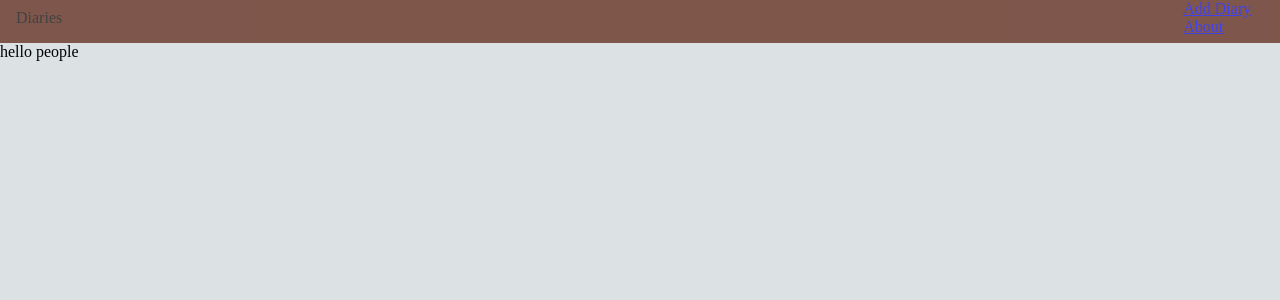
Repository: Tun-Dev/mydiary
Page: /
These files come from the project's save history. The page is drawn as it stood at one moment and after the next save; the edit follows.
The browser window is 1280 px wide. The pictures show the whole page.
The project was rebuilt for these pictures with package versions that can differ from the ones it lists, and the page was loaded fresh each time.

Above is the page before, as saved 2021-05-10 12:14:10.

### src/index.js
import React from 'react';
import ReactDOM from 'react-dom';
import {BrowserRouter} from 'react-router-dom'
import App from './App';


ReactDOM.render(

  <React.StrictMode>
  <BrowserRouter>
    <App />
    </BrowserRouter>
  </React.StrictMode>,
  document.getElementById('root')
);

// If you want to start measuring performance in your app, pass a function
// to log results (for example: reportWebVitals(console.log))
// or send to an analytics endpoint. Learn more: https://bit.ly/CRA-vitals

### src/App.js
import React, { useState, useEffect} from "react";
import GlobalStyle from './GlobalStyle'

// import styles
import Nav from './Layout/Nav.js';

function App() {
  // const [ name, setName ] = useState("");
  // useEffect( () => {
  //   fetch("https://my-json-server.typicode.com/Codeinwp/front-end-internship-api/posts")
  // .then((response) => response.json())
  // .then((data) => setName(data)
  // )
  // }, [] )
  return (
    <div className="App">
    <GlobalStyle />
    <Nav />
    <div className="container">
      <p>hello people </p>
    </div>
    </div>
  );
}

export default App;

### src/GlobalStyle.js
import {createGlobalStyle} from 'styled-components';

const GlobalStyle = createGlobalStyle`
  * {
      margin: 0;
      padding: 0;
      box-sizing: border-box;
  }
  body {
  margin: 0;
 background-color: #dce1e3;
}
 ul li {
    list-styles: none;
}
`

export default GlobalStyle;

### src/Layout/Nav.js
import React from 'react';
import styled from 'styled-components';
import {Link} from 'react-router-dom'

const Nav = () => {
    return (
        <NavBar>
          <nav>
         <div className="header">
           Diaries
         </div>
         <ul className="navItens">
           <li><Link to="">Add Diary</Link></li>
           <li><Link to="">About</Link></li>
         </ul>
          </nav>
        </NavBar>
    )
}
const NavBar = styled.div`
     background-color: #591c0b;
     height: 6vh;
     opacity: 0.7;
  nav {
    display: flex;
    justify-content: space-between;
    align-items: center;
    margin: 0 1rem;

}
ul li {
    list-style: none;
    margin: 0 0.8rem;
}
`;

export default Nav;

Loaded but not shown: public/index.html (common file)

After the next save:
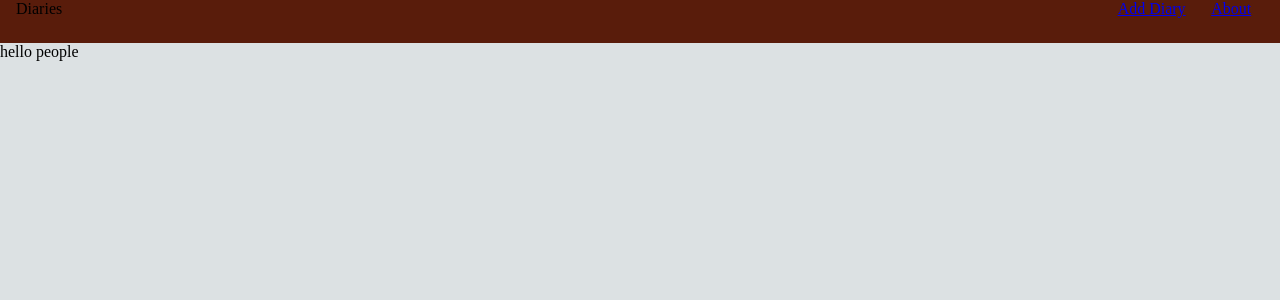
Saved 54 s later.
--- a/src/Layout/Nav.js
+++ b/src/Layout/Nav.js
@@ -20,13 +20,15 @@ const Nav = () => {
 const NavBar = styled.div`
      background-color: #591c0b;
      height: 6vh;
-     opacity: 0.7;
   nav {
     display: flex;
     justify-content: space-between;
     align-items: center;
     margin: 0 1rem;
 
+}
+ul {
+    display: flex;
 }
 ul li {
     list-style: none;
